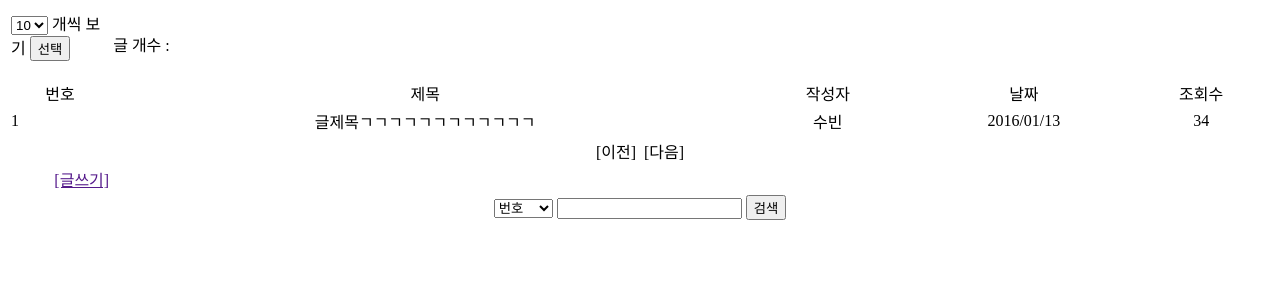
Repository: ekgus419/hckj
Page: http://localhost/Railro/WEB-INF/views/index.jsp
These files come from the project's save history. The page is drawn as it stood at one moment and after the next save; the edit follows.
The browser window is 1280 px wide. The pictures show the whole page.
The page is served by Tomcat 9. Nobody is signed in. Other server files are loaded and not shown. The template is opened directly, without the code that normally fills it, so the values that code supplies are empty.

Above is the page before, as saved 2016-08-18 06:42:28.

### Railro/src/main/webapp/WEB-INF/views/index.jsp
<%@ page language="java" pageEncoding="UTF-8" trimDirectiveWhitespaces="true"%>

<div class="content">
	<table class="list">
		<tr>
			<td id="list_limit">
				<form action="" method="get">
					<select name="limit">
						<option value="5">5</option>
						<option value="10" selected="selected">10</option>
						<option value="15">15</option>
						<option value="20">20</option>
					</select>
					개씩 보기
					<input class="submit" type="submit" value="선택"/>
				</form>
			</td>
			<td id="list_num">
			글 개수 :
			</td>
		</tr>
		<tr class="list_col" align="center" valign="middle">
			<td width="8%">
				<div align="center">번호</div>
			</td>
			<td width="50%">
				<div align="center">제목</div>
			</td>
			<td width="14%">
				<div align="center">작성자</div>
			</td>
			<td width="17%">
				<div align="center">날짜</div>
			</td>
			<td width="11%">
				<div align="center">조회수</div>
			</td>
		</tr>
		<tr class="list_contents" align="center" valign="middle"
			onmouseover="this.style.backgroundColor='#E8E8E8'"
			onmouseout="this.style.backgroundColor=''">
			<td>
				<div align="left">1</div>
			</td>
			<td>
				<div align="center">글제목ㄱㄱㄱㄱㄱㄱㄱㄱㄱㄱㄱㄱ</div>
			</td>
			<td>
				<div align="center">수빈</div>
			</td>
			<td>
				<div align="center">2016/01/13</div>
			</td>
			<td>
				<div align="center">34</div>
			</td>
		</tr>
		<tr>
		</tr>
		<tr align=center>
			<td colspan=7>
				[이전]&nbsp;
				[다음]
			</td>
		</tr>
		<tr align="left">
			<td align="right">
		   		<a href="">[글쓰기]</a>
			</td>
		</tr>
		<tr align="center">
			<td colspan="5">
				<form action="" method="get">
					<select name="keyField">
						<option value="BOARD_NUM">번호</option>
						<option value="BOARD_ID">작성자</option>
						<option value="BOARD_SUBJECT">제목</option>
					</select>
					<input type="text" name="keyWord"/>
					<input class="submit" type="submit" value="검색"/>
				</form>
			</td>
		</tr>
	</table>
</div>

After the next save:
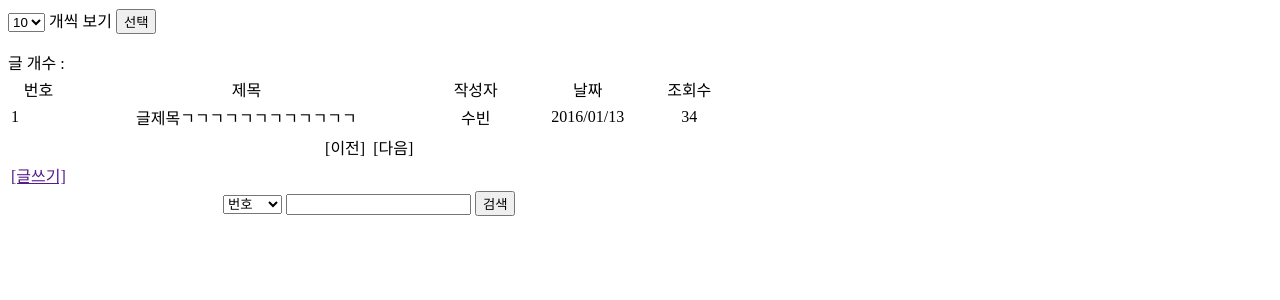
Saved 2 min 54 s later.
--- a/Railro/src/main/webapp/WEB-INF/views/index.jsp
+++ b/Railro/src/main/webapp/WEB-INF/views/index.jsp
@@ -1,24 +1,20 @@
 <%@ page language="java" pageEncoding="UTF-8" trimDirectiveWhitespaces="true"%>
 
 <div class="content">
+	<div class="board-header">
+		<form action="" method="get">
+			<select name="limit">
+				<option value="5">5</option>
+				<option value="10" selected="selected">10</option>
+				<option value="15">15</option>
+				<option value="20">20</option>
+			</select>
+			개씩 보기
+			<input class="submit" type="submit" value="선택"/>
+		</form>
+		글 개수 :
+	</div>
 	<table class="list">
-		<tr>
-			<td id="list_limit">
-				<form action="" method="get">
-					<select name="limit">
-						<option value="5">5</option>
-						<option value="10" selected="selected">10</option>
-						<option value="15">15</option>
-						<option value="20">20</option>
-					</select>
-					개씩 보기
-					<input class="submit" type="submit" value="선택"/>
-				</form>
-			</td>
-			<td id="list_num">
-			글 개수 :
-			</td>
-		</tr>
 		<tr class="list_col" align="center" valign="middle">
 			<td width="8%">
 				<div align="center">번호</div>
